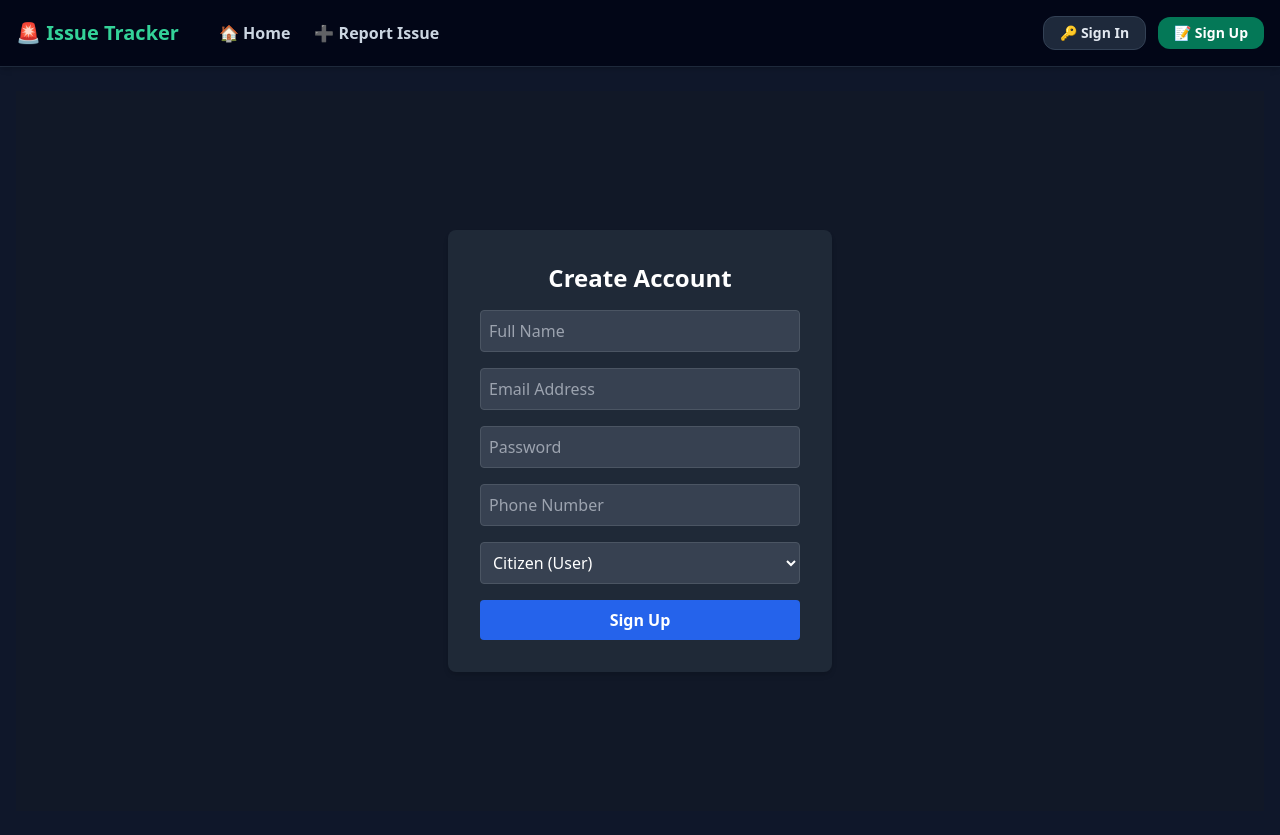
Repository: pugazhendhiprem3-cp/local-issue-management-system-.-.-.
Page: /signup (app in my-react-app/)
An editor plug-in stored every save of this project. The page is shown before and after the next save, followed by the edit.
The browser window is 1280 px wide. The pictures show the whole page.
The project was rebuilt for these pictures with package versions that can differ from the ones it lists, and the page was loaded fresh each time. Also part of the build but not shown: my-react-app/vite.config.js, my-react-app/src/services/api.js, my-react-app/src/pages/CreateIssue.jsx, my-react-app/src/pages/IssuesFeed.jsx, my-react-app/src/pages/login.jsx, my-react-app/src/pages/AuthDashBoard.jsx.

Above is the page before, as saved 2026-05-23 14:54:00.

After the next save:
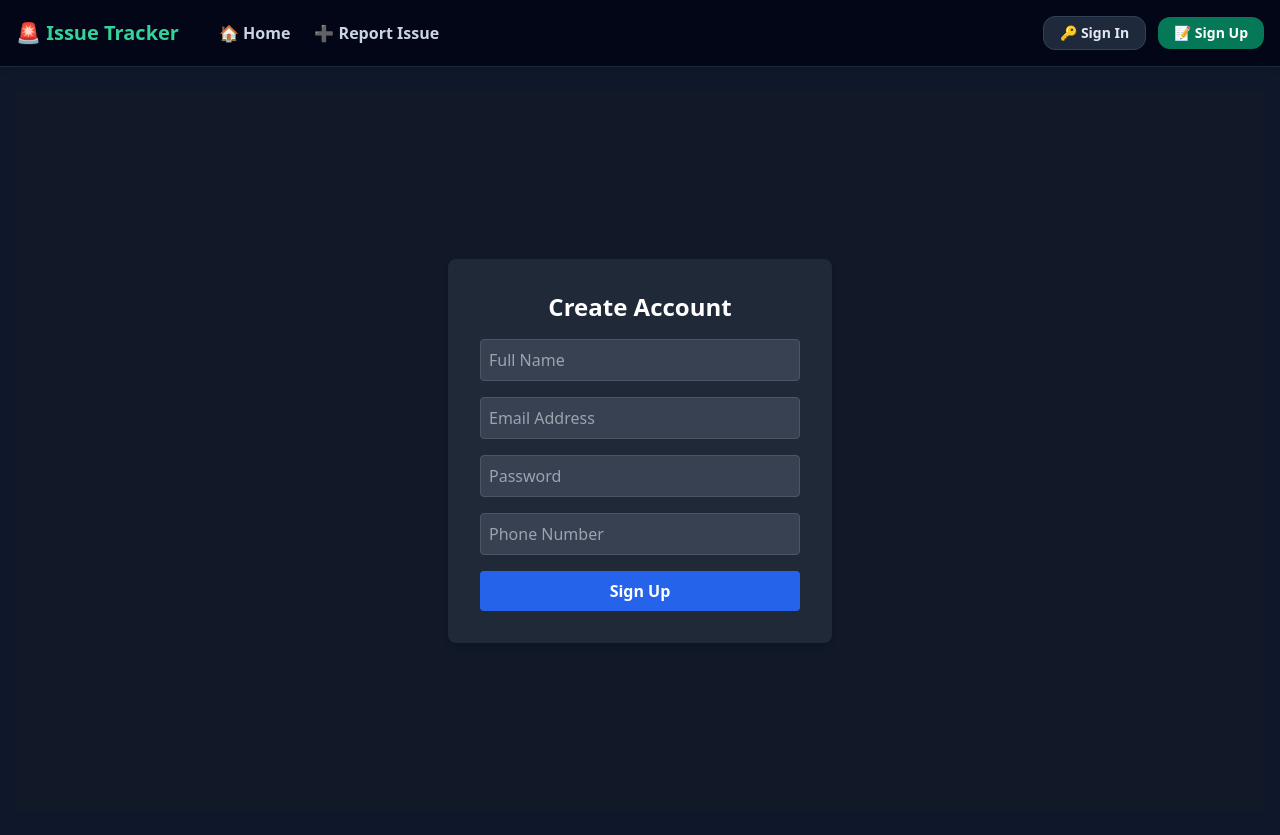
Saved 15 min 57 s later.
--- a/my-react-app/src/pages/Signup.jsx
+++ b/my-react-app/src/pages/Signup.jsx
@@ -34,10 +34,7 @@ const Signup = () => {
                 <input type="password" name="password" placeholder="Password" onChange={handleChange} required className="w-full p-2 rounded bg-gray-700 border border-gray-600 focus:outline-none focus:border-blue-500" />
                 <input type="text" name="phoneNumber" placeholder="Phone Number" onChange={handleChange} required className="w-full p-2 rounded bg-gray-700 border border-gray-600 focus:outline-none focus:border-blue-500" />
 
-                <select name="role" onChange={handleChange} className="w-full p-2 rounded bg-gray-700 border border-gray-600 focus:outline-none focus:border-blue-500">
-                    <option value="USER">Citizen (User)</option>
-                    <option value="ADMIN">Admin / Authority</option>
-                </select>
+
 
                 <button type="submit" className="w-full bg-blue-600 hover:bg-blue-700 p-2 rounded font-semibold transition duration-200">Sign Up</button>
             </form>
